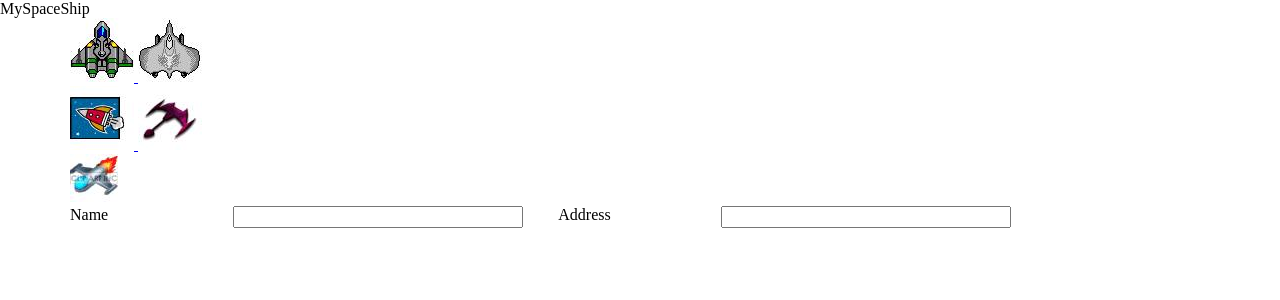
Repository: eudesf/MySpaceShip
Page: MySpaceShip/WebContent/Copy of formlayoutajax.html
An editor plug-in stored every save of this project. The page is shown before and after the next save, followed by the edit.
The browser window is 1280 px wide. The pictures show the whole page.

Above is the page before, as saved 2012-03-19 13:22:15.

### MySpaceShip/WebContent/Copy of formlayoutajax.html
<!DOCTYPE html>

<html>
	<head>
		<meta charset="UTF-8">

		<title>MySpaceShip</title>

		<!--[if lte IE 9]><link rel="stylesheet" href="css/ie.css" type="text/css" media="screen" /><![endif]-->
		<link rel="stylesheet" href="css/1140.css" type="text/css" media="screen" />
		<!-- <link rel="stylesheet" href="css/styles.css" type="text/css" media="screen" /> -->

		<script type="text/javascript" src="js/css3-mediaqueries.js"></script>

		<style>
			html{color:#000;background:#FFF;}body,div,dl,dt,dd,ul,ol,li,h1,h2,h3,h4,h5,h6,pre,code,form,fieldset,legend,input,textarea,p,blockquote,th,td{margin:0;padding:0;}table{border-collapse:collapse;border-spacing:0;}fieldset,img{border:0;}address,caption,cite,code,dfn,em,strong,th,var{font-style:normal;font-weight:normal;}li{list-style:none;}caption,th{text-align:left;}h1,h2,h3,h4,h5,h6{font-size:100%;font-weight:normal;}q:before,q:after{content:'';}abbr,acronym{border:0;font-variant:normal;}sup{vertical-align:text-top;}sub{vertical-align:text-bottom;}input,textarea,select{font-family:inherit;font-size:inherit;font-weight:inherit;}input,textarea,select{*font-size:100%;}legend{color:#000;}

			input {
				width: 100%;

				-webkit-box-sizing: border-box;
				-moz-box-sizing: border-box;
				box-sizing: border-box;
			}
		</style>

	</head>
	<body>

		<header>
			<h2>MySpaceShip</h2>
		</header>

		<div class="container">
			<div class="row">
				<div class="twocol">
					<nav>
						<a href="javascript:void(0)">
							<img src="images/ship1.jpg" alt="ship 1"/>
						</a>
						<a href="javascript:void(0)">
							<img src="images/ship2.jpg" alt="ship 2"/>
						</a>
						<a href="javascript:void(0)">
							<img src="images/ship3.jpg" alt="ship 3"/>
						</a>
						<a href="javascript:void(0)">
							<img src="images/ship4.jpg" alt="ship 4"/>
						</a>
						<a href="javascript:void(0)">
							<img src="images/ship5.jpg" alt="ship 5"/>
						</a>
					</nav>
				</div>
				<div class="tencol">
					<section>
						<article>
							<form>
								<div class="twocol">
									<label for="name">Name</label>
								</div>
								<div class="fourcol">
									<input id="name" class="w100p" type="text" />
								</div>
								<div class="twocol">
									<label for="address">Address</label>
								</div>
								<div class="fourcol last">
									<input id="address" type="text"/>
								</div>
							</form>
						</article>
					</section>
				</div>
			</div>
		</div>
	</body>
</html>

### MySpaceShip/WebContent/css/1140/1140.css
/* CSS Resets */

html,body,div,span,object,iframe,h1,h2,h3,h4,h5,h6,p,blockquote,pre,a,abbr,address,cite,code,del,dfn,em,img,ins,q,small,strong,sub,sup,dl,dt,dd,ol,ul,li,fieldset,form,label,legend,table,caption,tbody,tfoot,thead,tr,th,td{border:0;margin:0;padding:0}article,aside,figure,figure img,figcaption,hgroup,footer,header,nav,section,video,object{display:block}a img{border:0}figure{position:relative}figure img{width:100%}


/* ==================================================================================================================== */
/* ! The 1140px Grid V2 by Andy Taylor \ http://cssgrid.net \ http://www.twitter.com/andytlr \ http://www.andytlr.com   */
/* ==================================================================================================================== */

.container {
padding-left: 20px;
padding-right: 20px;
}

.row {
width: 100%;
max-width: 1140px;
min-width: 755px;
margin: 0 auto;
overflow: hidden;
}

.onecol, .twocol, .threecol, .fourcol, .fivecol, .sixcol, .sevencol, .eightcol, .ninecol, .tencol, .elevencol {
margin-right: 3.8%;
float: left;
min-height: 1px;
}

.row .onecol {
width: 4.85%;
}

.row .twocol {
width: 13.45%;
}

.row .threecol {
width: 22.05%;
}

.row .fourcol {
width: 30.75%;
}

.row .fivecol {
width: 39.45%;
}

.row .sixcol {
width: 48%;
}

.row .sevencol {
width: 56.75%;
}

.row .eightcol {
width: 65.4%;
}

.row .ninecol {
width: 74.05%;
}

.row .tencol {
width: 82.7%;
}

.row .elevencol {
width: 91.35%;
}

.row .twelvecol {
width: 100%;
float: left;
}

.last {
margin-right: 0px;
}

img, object, embed {
max-width: 100%;
}

img {
	height: auto;
}


/* Smaller screens */

@media only screen and (max-width: 1023px) {

	body {
	font-size: 0.8em;
	line-height: 1.5em;
	}

	}


/* Mobile */

@media handheld, only screen and (max-width: 767px) {

	body {
	font-size: 16px;
	-webkit-text-size-adjust: none;
	}

	.row, body, .container {
	width: 100%;
	min-width: 0;
	margin-left: 0px;
	margin-right: 0px;
	padding-left: 0px;
	padding-right: 0px;
	}

	.row .onecol, .row .twocol, .row .threecol, .row .fourcol, .row .fivecol, .row .sixcol, .row .sevencol, .row .eightcol, .row .ninecol, .row .tencol, .row .elevencol, .row .twelvecol {
	width: auto;
	float: none;
	margin-left: 0px;
	margin-right: 0px;
	padding-left: 20px;
	padding-right: 20px;
	}

}

Loaded but not shown: MySpaceShip/WebContent/js/libs/css3-mediaqueries.js (library)

After the next save:
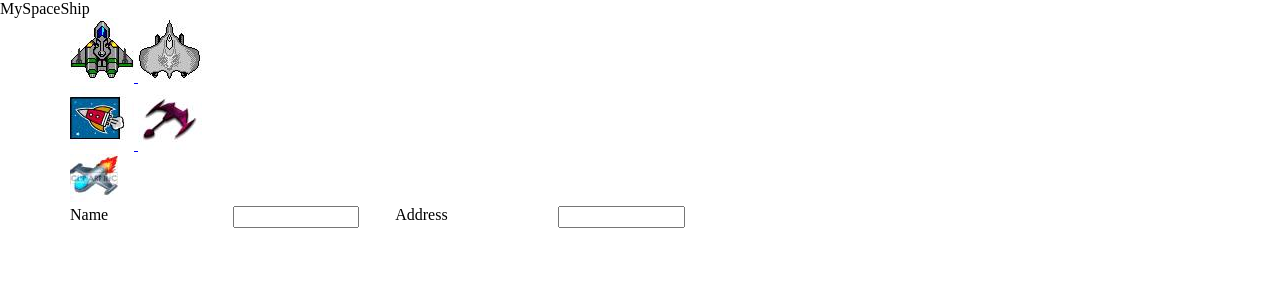
Saved 20 s later.
--- a/MySpaceShip/WebContent/Copy of formlayoutajax.html
+++ b/MySpaceShip/WebContent/Copy of formlayoutajax.html
@@ -59,13 +59,13 @@
 								<div class="twocol">
 									<label for="name">Name</label>
 								</div>
-								<div class="fourcol">
+								<div class="twocol">
 									<input id="name" class="w100p" type="text" />
 								</div>
 								<div class="twocol">
 									<label for="address">Address</label>
 								</div>
-								<div class="fourcol last">
+								<div class="twocol last">
 									<input id="address" type="text"/>
 								</div>
 							</form>
